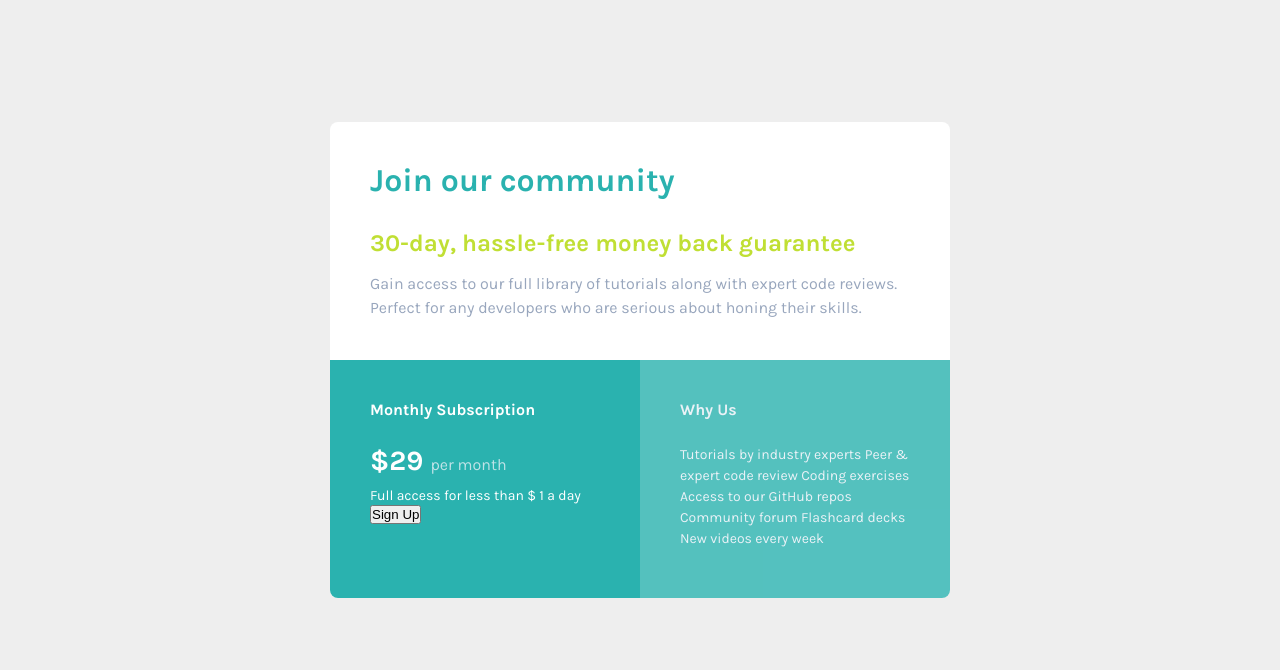
Repository: Akashiii1/WebSingleGrid_Day3
Page: index.html
These files come from the project's save history. The page is drawn as it stood at one moment and after the next save; the edit follows.
The browser window is 1280 px wide. The pictures show the whole page.

Above is the page before, as saved 2021-12-22 01:58:26.

After the next save:
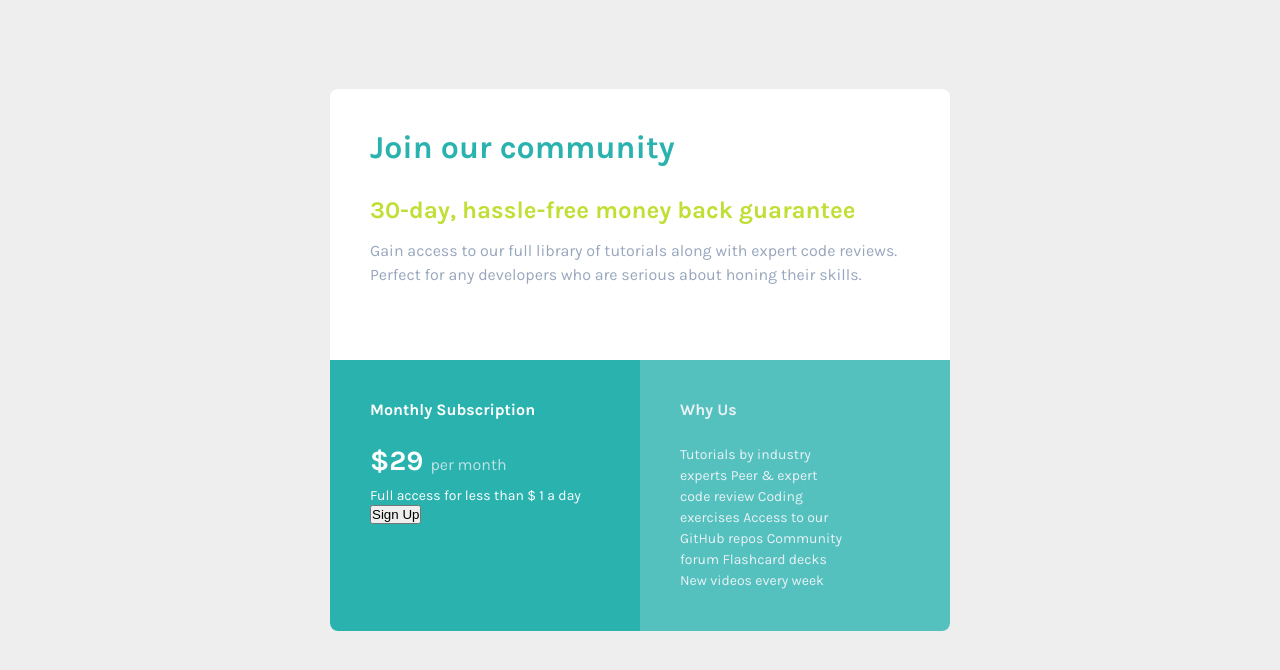
Saved 35 s later.
--- a/style.css
+++ b/style.css
@@ -120,4 +120,5 @@
   font-size: 14px;
   color: var(--LightGray);
   line-height: 1.5;
+  padding-right: 60px;
 }

After the save that followed:
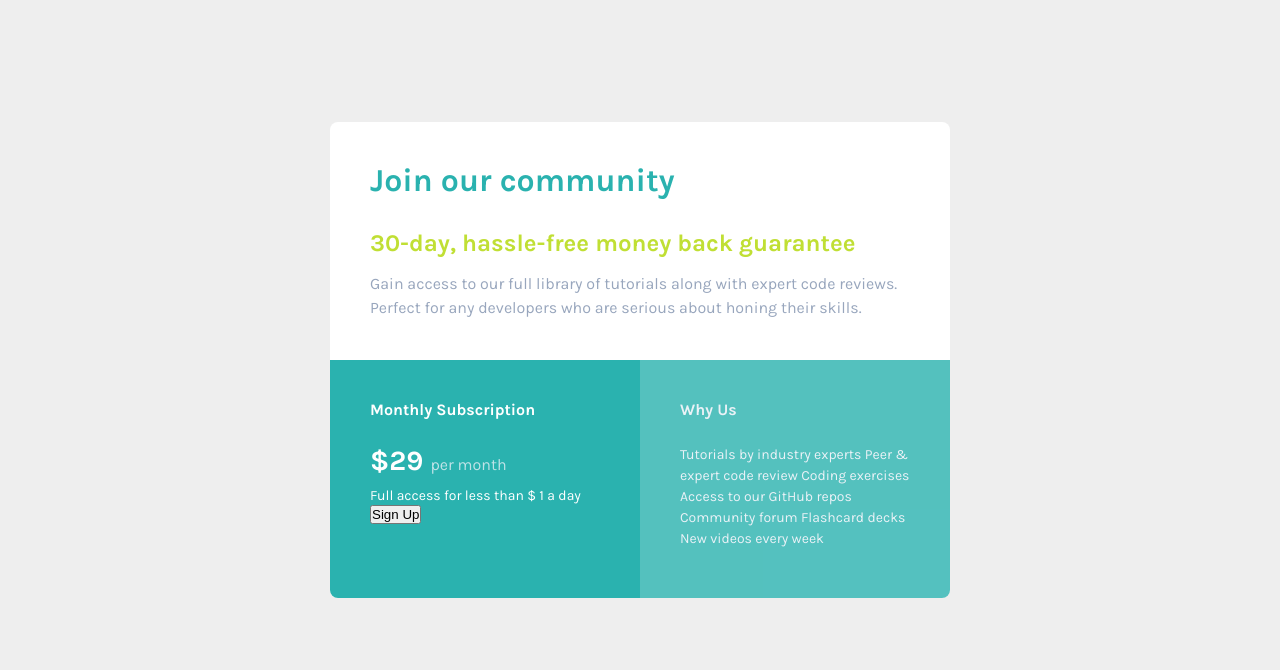
Saved 13 s later.
--- a/style.css
+++ b/style.css
@@ -120,5 +120,5 @@
   font-size: 14px;
   color: var(--LightGray);
   line-height: 1.5;
-  padding-right: 60px;
+
 }
